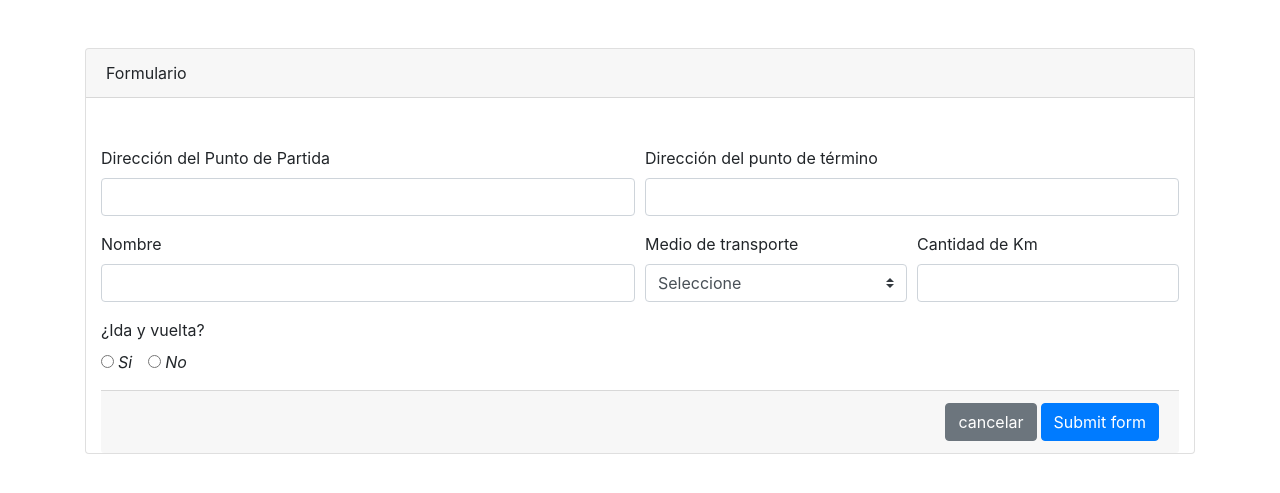
Repository: Jassan851031/foreachTask
Page: /
The author's editor kept a copy of each file at every save. The page is drawn from the files as they stood at one save, then again after the next save.
The browser window is 1280 px wide. The pictures show the whole page.
The project was rebuilt for these pictures with package versions that can differ from the ones it lists, and the page was loaded fresh each time. Also part of the build but not shown: src/App.css.

Above is the page before, as saved 2020-03-23 15:25:00.

### src/index.js
import React from 'react';
import ReactDOM from 'react-dom';
import 'bootstrap/dist/css/bootstrap.min.css';
import 'font-awesome/css/font-awesome.min.css';
import './index.css';
import App from './App';
import * as serviceWorker from './serviceWorker';


 // Add js files
 import 'jquery';
 import 'popper.js';
 import 'bootstrap';

ReactDOM.render(
  <React.StrictMode>
    <App />
  </React.StrictMode>,
  document.getElementById('root')
);

// If you want your app to work offline and load faster, you can change
// unregister() to register() below. Note this comes with some pitfalls.
// Learn more about service workers: https://bit.ly/CRA-PWA
serviceWorker.unregister();

### src/App.js
import React from 'react';
import './App.css';

function App() {
  return (
    <div className="container mt-5">
      <div className="row">
        <div className="col-md-12">
          <div className="card">
            <div className="card-header">
              Formulario
        </div>
            <div className="container mt-5">
              <div className="row">
                <div className="col-md-12">
                  <form>
                    <div className="form-row">
                      <div className="col-md-6 mb-3">
                        <label for="validationDefault01">Dirección del Punto de Partida</label>
                        <input type="text" className="form-control" id="validationDefault01" required />
                      </div>
                      <div className="col-md-6 mb-3">
                        <label for="validationDefault02">Dirección del punto de término</label>
                        <input type="text" className="form-control" id="validationDefault02" required />
                      </div>
                    </div>
                    <div className="form-row">
                      <div className="col-md-6 mb-3">
                        <label for="validationDefault03">Nombre</label>
                        <input type="text" className="form-control" id="validationDefault03" required />
                      </div>
                      <div className="col-md-3 mb-3">
                        <label for="validationDefault04">Medio de transporte</label>
                        <select className="custom-select" id="validationDefault04" required>
                          <option selected disabled value="">Seleccione</option>
                          <option value="1"> option 1</option>
                          <option value="1"> option 2</option>
                          <option value="1"> option 3</option>
                          <option value="1"> option 4</option>
                        </select>
                      </div>
                      <div className="col-md-3 mb-3">
                        <label for="validationDefault05">Cantidad de Km</label>
                        <input type="text" className="form-control" id="validationDefault05" required />
                      </div>
                    </div>
                    <div className="row">
                      <div className="col-md-6">
                        <div className="form-group">
                          <label className="form-label">¿Ida y vuelta?</label><br />
                          <input className="select mr-1" type="radio" name="idavuelta" value="ida" required />
                          <i className="si mr-3">Si</i>
                          <input className="select mr-1" type="radio" name="idavuelta" value="vuelta" required />
                          <i className="no">No</i>
                        </div>
                      </div>
                    </div>
                    <div className="card-footer text-right">
                      <button className="btn btn-secondary mr-1">cancelar</button>
                      <button className="btn btn-primary" type="submit">Submit form</button>
                    </div>
                  </form>
                </div>
              </div>
            </div>
          </div>
        </div>
      </div>
    </div>
  );
}

export default App;

Loaded but not shown: public/index.html (common file); src/index.css (common file); src/serviceWorker.js (common file)

After the next save:
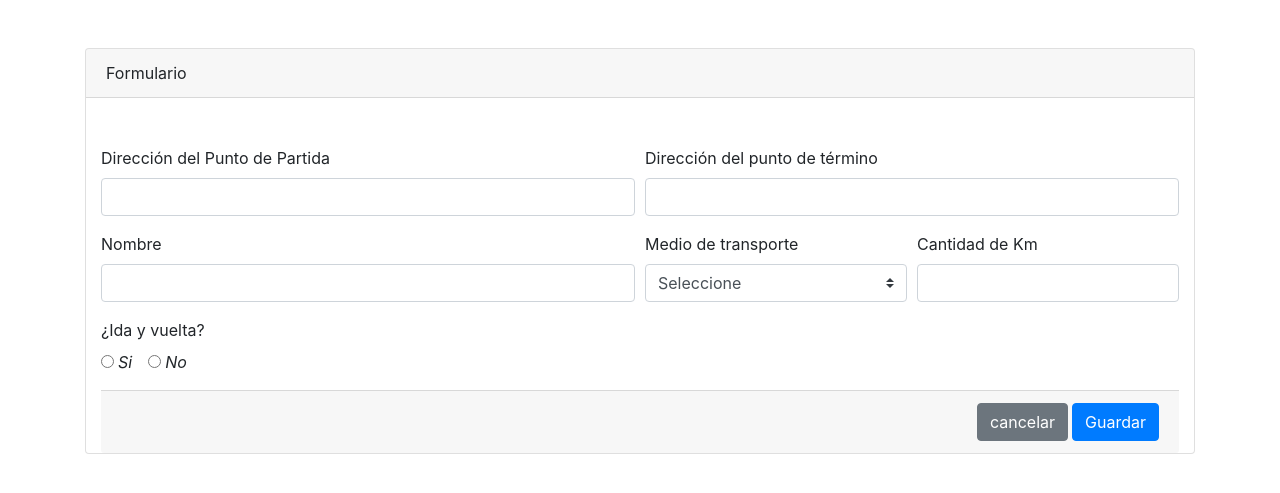
Saved 70 s later.
--- a/src/App.js
+++ b/src/App.js
@@ -57,7 +57,7 @@ function App() {
                     </div>
                     <div className="card-footer text-right">
                       <button className="btn btn-secondary mr-1">cancelar</button>
-                      <button className="btn btn-primary" type="submit">Submit form</button>
+                      <button className="btn btn-primary" type="submit">Guardar</button>
                     </div>
                   </form>
                 </div>
